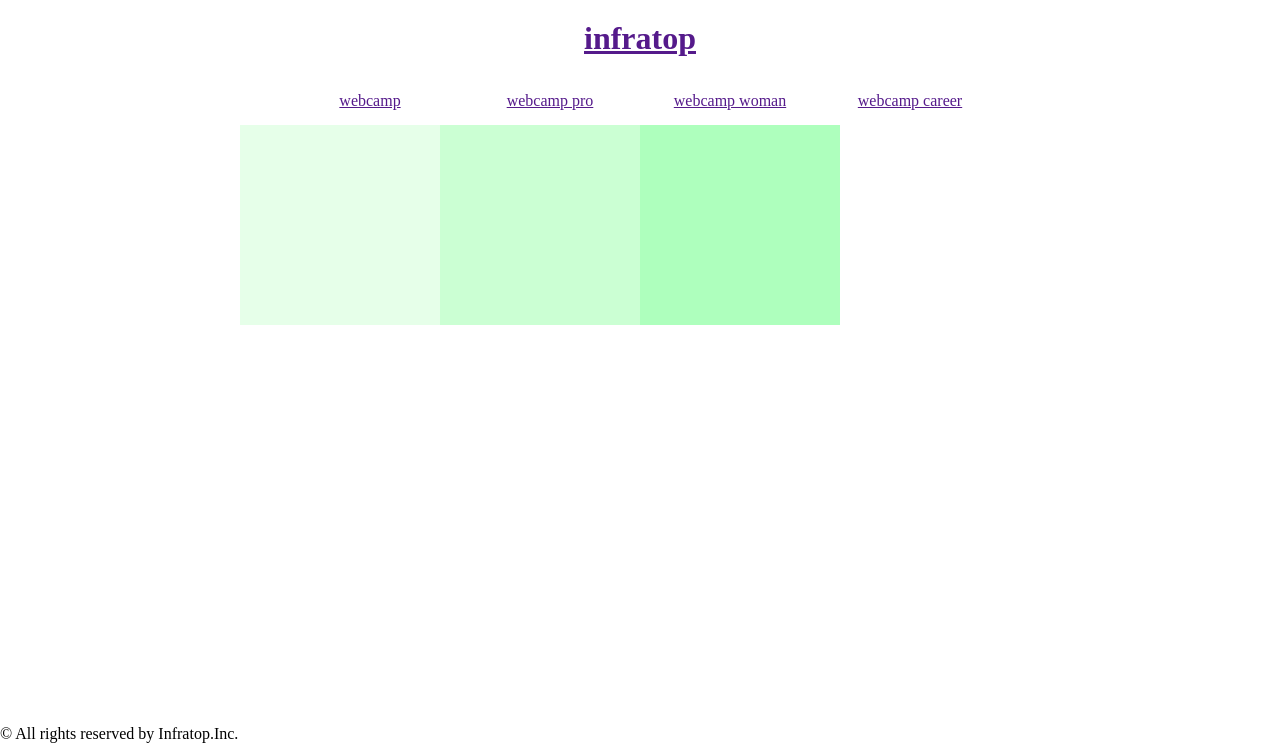
Repository: sutanuki/webcamp
Page: html,css/c5/index.html
The author's editor kept a record of every edit. The page is drawn from the files as they stood at one moment, then again after the next edit.
The browser window is 1280 px wide. The pictures show the whole page.

Above is the page before.

### html,css/c5/index.html
<!DOCTYPE html>
<html>
  <head>
    <meta http-equiv="content-type" content="text/html; charset=utf-8" />
    <title>`substitute(Filename('', 'Page Title'), '^.', '\u&', '')`</title>
    <link rel="stylesheet" href="style.css">
  </head>
  <body>
    <header>
      <h1><a href="">infratop</a></h1>
      <nav>
        <ul>
          <li><a href="">webcamp</a></li>
          <li><a href="">webcamp pro</a></li>
          <li><a href="">webcamp woman</a></li>
          <li><a href="">webcamp career</a></li>
        </ul>
      </nav>
    </header>
    <main>
      <div class="box1"></div>
      <div class="box2"></div>
      <div class="box3"></div>
      <div class="box4"></div>
      <div class="box5"></div>
      <div class="box6"></div>
      <div class="box7"></div>
      <div class="box8"></div>
      <div class="box9"></div>
      <div class="box10"></div>
      <div class="box11"></div>
      <div class="box12"></div>
    </main>
    <footer>
      <p>&copy All rights reserved by Infratop.Inc.</p>
    </footer>
  </body>
</html>

### html,css/c5/style.css
* {
  margin: 0;
  padding: 0;
  box-sizing: border-box;
}
header{
  width: 100%;
}
header h1{
  margin: 20px 0;
  text-align: center
}
nav ul{
  display: flex;
  justify-content: center;
  list-style: none;
}
nav ul li{
  width: 140px;
  margin: 15px 20px;
  text-align: center;
}
main{
  display: flex;
  width: 800px;
  height: 600px;
  flex-wrap: wrap;
  margin: 0 auto;

}
main div{
  width: 200px;
  height: 200px;
}
.box1{
  background-color: #e6ffe9;
}
.box2{
  background-color: #cbffd3;
}
.box3{
  background-color: #aeffbd;
}
.box4{
  background-color: ;
}
.box5{
  background-color: ;
}
.box6{
  background-color: ;
}
.box7{
  background-color: ;
}
.box8{
  background-color: ;
}
.box9{
  background-color: ;
}
.box10{
  background-color: ;
}
.box11{
  background-color: ;
}
.box12{
  background-color: ;
}

After the next edit:
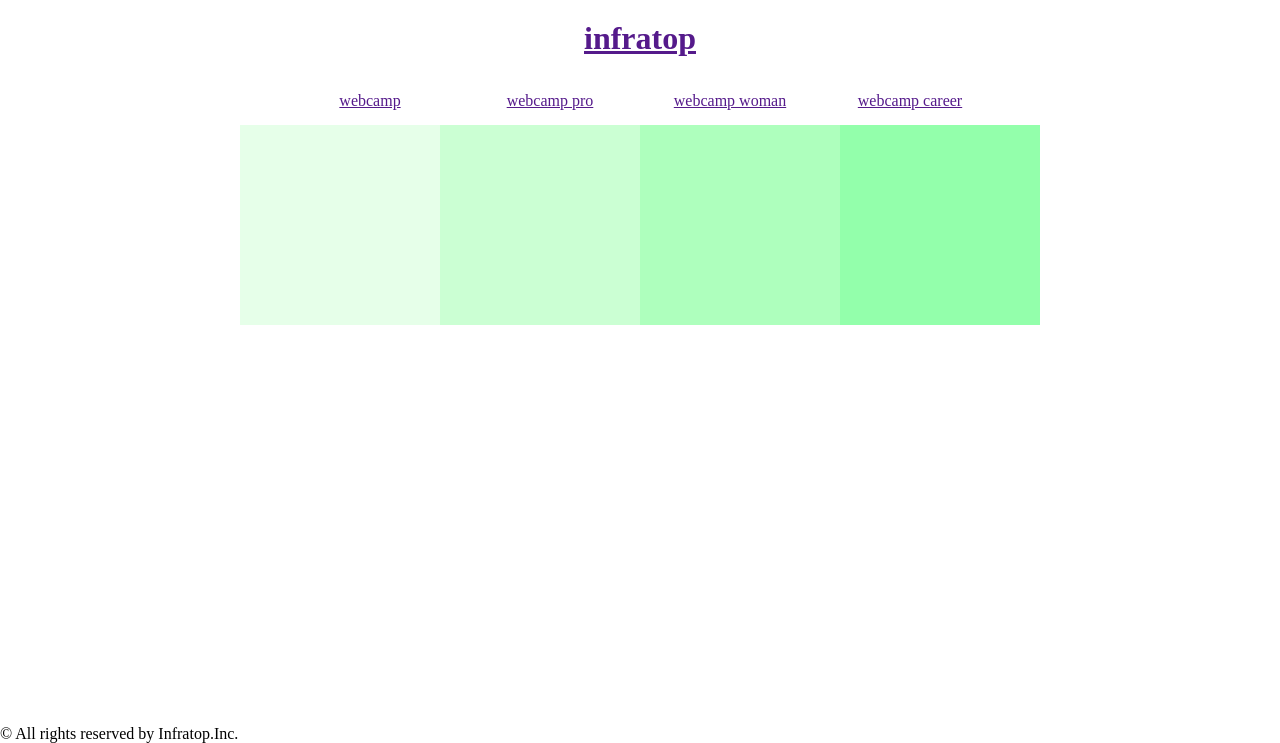
The edit:
--- a/html,css/c5/style.css
+++ b/html,css/c5/style.css
@@ -42,7 +42,7 @@
   background-color: #aeffbd;
 }
 .box4{
-  background-color: ;
+  background-color: #93ffab;
 }
 .box5{
   background-color: ;
